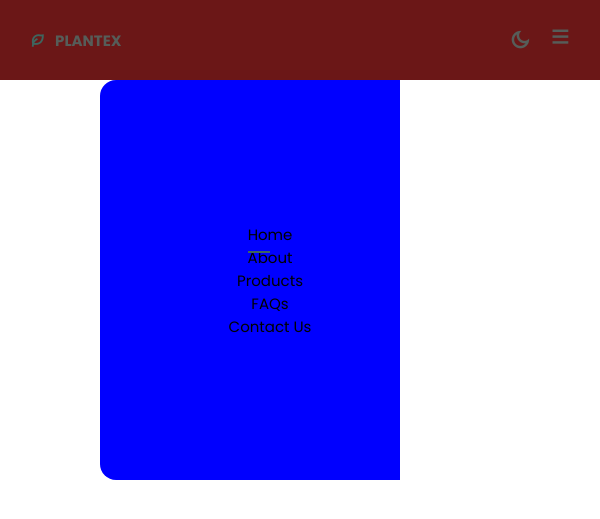
Repository: OmniaRafat232111121/plantwebsite
Page: index.html
An editor plug-in stored every save of this project. The page is shown before and after the next save, followed by the edit.
The browser window is 600 px wide. The pictures show the whole page.
After loading, the first visible `#navToggle` was clicked once.

Above is the page before, as saved 2023-01-04 15:39:50.

After the next save:
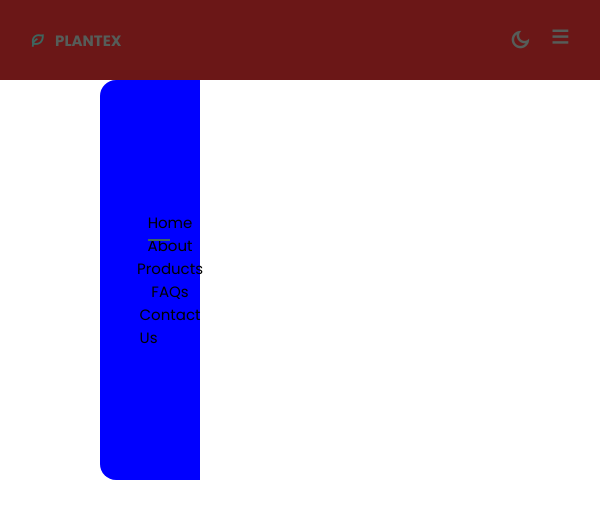
Saved 18 s later.
--- a/assets/css/styles.css
+++ b/assets/css/styles.css
@@ -221,7 +221,7 @@ display: none;
 
      position: fixed;
     background-color:blue ;
-    width: 50%;
+    width: 100px;
     height: 50%;
     top: 80px;
     right: 0px;
